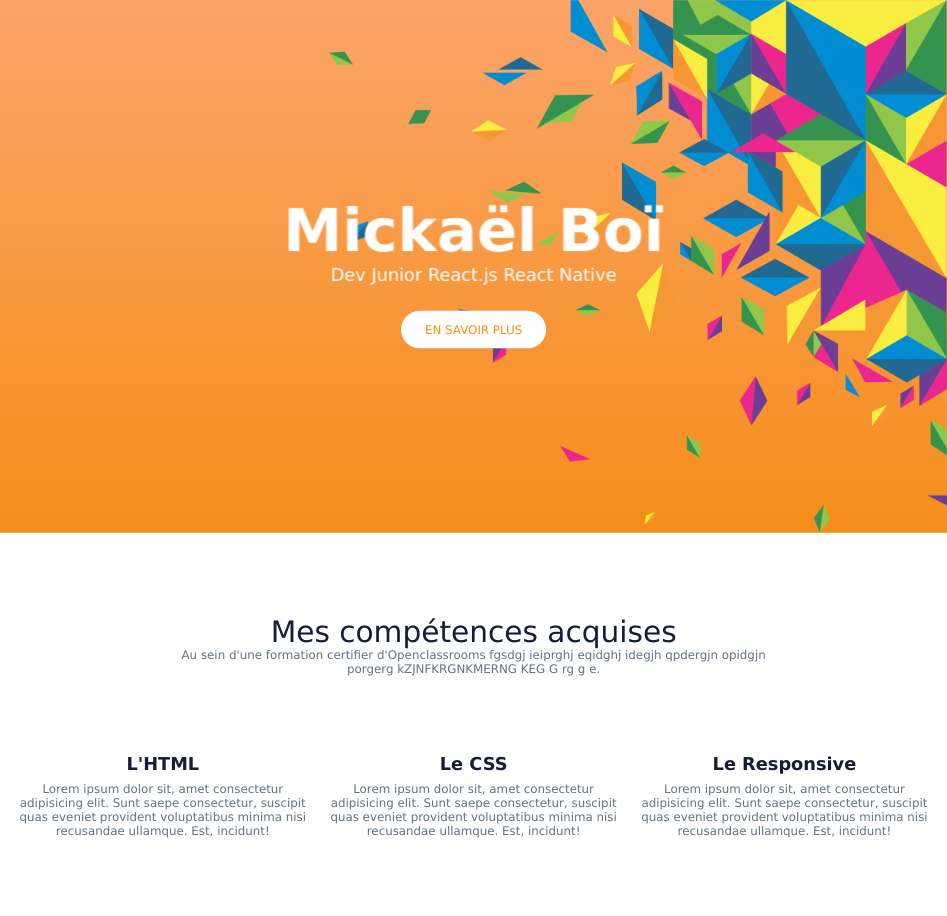
Repository: Micka-17/React_CV
Page: / (app in react-cv/)
An editor plug-in stored every save of this project. The page is shown before and after a run of saves, followed by the edit.
The browser window is 1280 px wide. The pictures show the whole page, at 74% of full size.
The project was rebuilt for these pictures with package versions that can differ from the ones it lists, and the page was loaded fresh each time.

Above is the page before, as saved 2021-10-20 11:11:22.

After the next 4 saves:
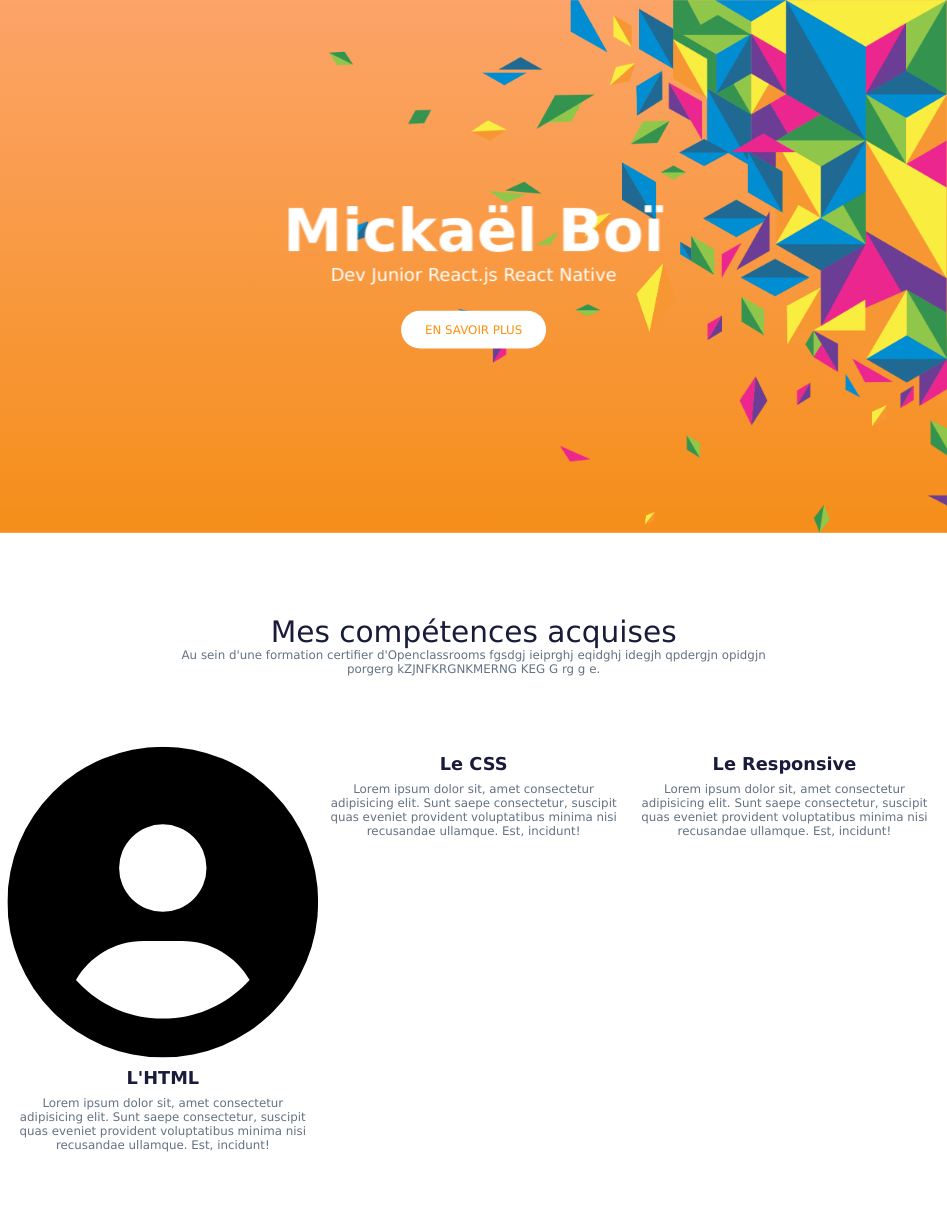
The 4 saves are shown as one change because 2 did not build or start and some came seconds apart.
The last was saved 25 s later.
--- a/react-cv/src/components/Skills.jsx
+++ b/react-cv/src/components/Skills.jsx
@@ -12,7 +12,7 @@ export default function Skills() {
              kZJNFKRGNKMERNG KEG G rg g e.</p>
         <div class="container" data-aos="zoom-in">
             <div class="competences">
-                <FontAwesomeIcon class="fab fa-html5 fa-5x" icon={faHtml5} />
+                <FontAwesomeIcon class="fab fa-html5 fa-5x" icon={faUserCircle} />
                 <h2>L'HTML</h2>
                 <p>Lorem ipsum dolor sit, amet consectetur adipisicing elit. Sunt saepe consectetur, suscipit quas eveniet provident voluptatibus minima nisi recusandae ullamque. Est, incidunt!</p>
             </div>
